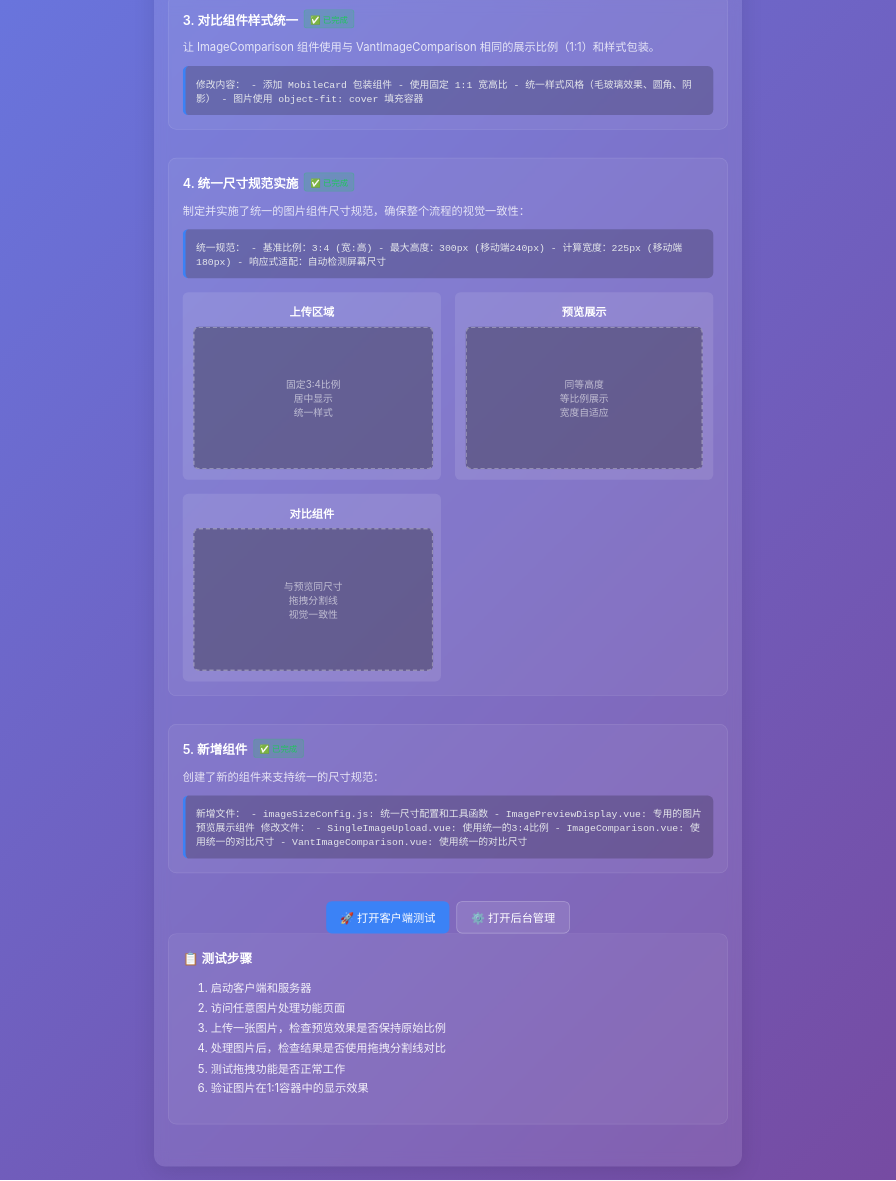
Repository: fooldychi/undress
Page: test-image-comparison.html
These files come from the project's save history. The page is drawn as it stood at one moment and after the next save; the edit follows.
The browser window is 1280 px wide. The pictures show the part of the page from y = 678 to 2598 px (the page is 2365 px tall before and 2598 px after), at 70% of full size.

Above is the page before, as saved 2025-07-13 14:02:01.

After the next save:
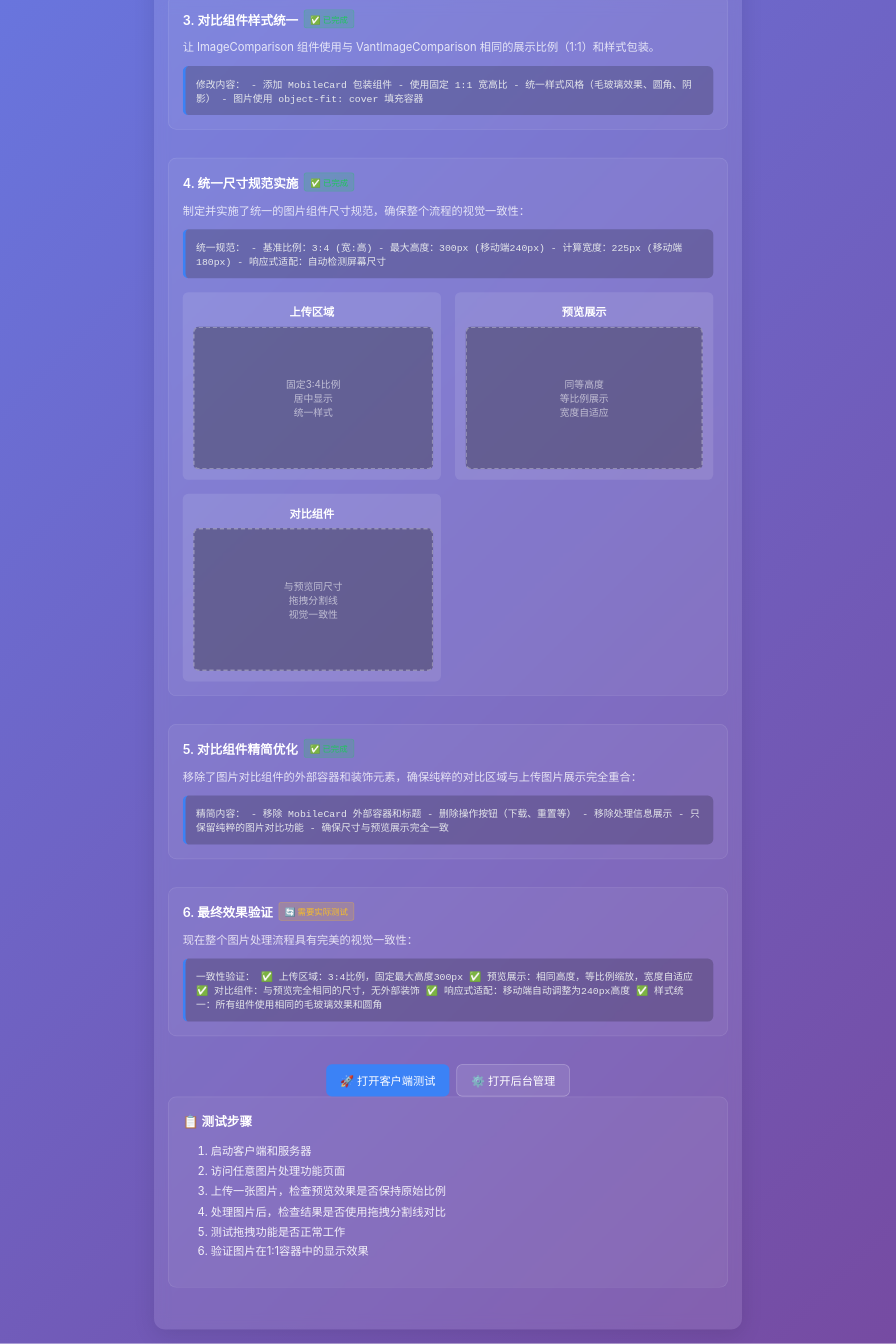
Saved 78 s later.
--- a/test-image-comparison.html
+++ b/test-image-comparison.html
@@ -258,21 +258,37 @@
 
         <div class="test-section">
             <div class="test-title">
-                5. 新增组件
-                <span class="status success">✅ 已完成</span>
-            </div>
-            <div class="test-description">
-                创建了新的组件来支持统一的尺寸规范：
-            </div>
-            <div class="test-result">
-                新增文件：
-                - imageSizeConfig.js: 统一尺寸配置和工具函数
-                - ImagePreviewDisplay.vue: 专用的图片预览展示组件
-
-                修改文件：
-                - SingleImageUpload.vue: 使用统一的3:4比例
-                - ImageComparison.vue: 使用统一的对比尺寸
-                - VantImageComparison.vue: 使用统一的对比尺寸
+                5. 对比组件精简优化
+                <span class="status success">✅ 已完成</span>
+            </div>
+            <div class="test-description">
+                移除了图片对比组件的外部容器和装饰元素，确保纯粹的对比区域与上传图片展示完全重合：
+            </div>
+            <div class="test-result">
+                精简内容：
+                - 移除 MobileCard 外部容器和标题
+                - 删除操作按钮（下载、重置等）
+                - 移除处理信息展示
+                - 只保留纯粹的图片对比功能
+                - 确保尺寸与预览展示完全一致
+            </div>
+        </div>
+
+        <div class="test-section">
+            <div class="test-title">
+                6. 最终效果验证
+                <span class="status pending">🔄 需要实际测试</span>
+            </div>
+            <div class="test-description">
+                现在整个图片处理流程具有完美的视觉一致性：
+            </div>
+            <div class="test-result">
+                一致性验证：
+                ✅ 上传区域：3:4比例，固定最大高度300px
+                ✅ 预览展示：相同高度，等比例缩放，宽度自适应
+                ✅ 对比组件：与预览完全相同的尺寸，无外部装饰
+                ✅ 响应式适配：移动端自动调整为240px高度
+                ✅ 样式统一：所有组件使用相同的毛玻璃效果和圆角
             </div>
         </div>
 
